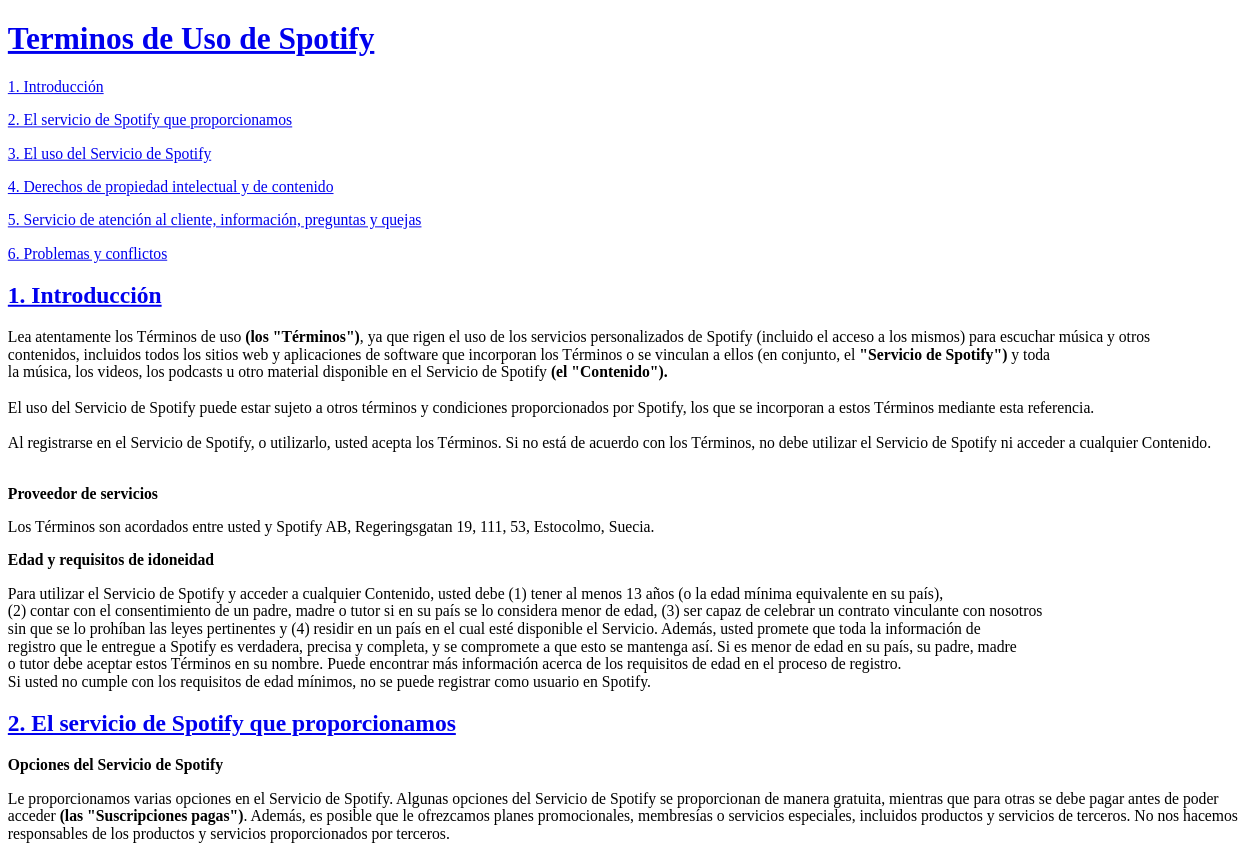
Repository: Devbenitez/Gen_30
Page: Gen_30/maquetado/index.html
An editor plug-in stored every save of this project. The page is shown before and after the next save, followed by the edit.
The browser window is 1280 px wide. The pictures show the whole page, at 98% of full size.

Above is the page before, as saved 2023-10-31 05:31:33.

After the next save:
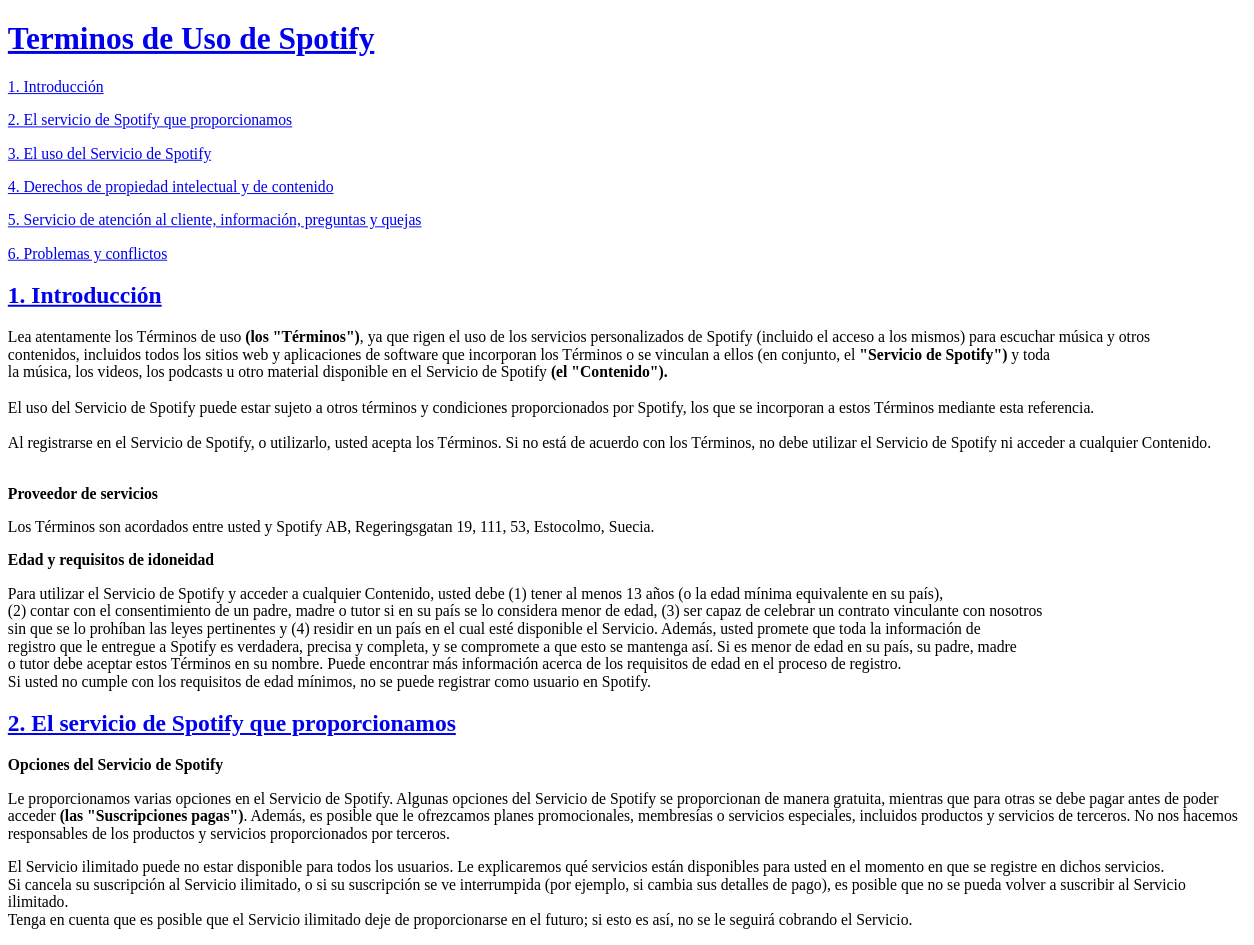
Saved 94 s later.
--- a/Gen_30/maquetado/index.html
+++ b/Gen_30/maquetado/index.html
@@ -71,6 +71,10 @@
     <p>Le proporcionamos varias opciones en el Servicio de Spotify. Algunas opciones del Servicio de Spotify se proporcionan de manera gratuita, mientras que para otras se debe pagar antes de poder<br />
         acceder <b>(las "Suscripciones pagas")</b>. Además, es posible que le ofrezcamos planes promocionales, membresías o servicios especiales, incluidos productos y servicios de terceros. No nos hacemos responsables de los productos y servicios proporcionados por terceros.</p>
 
+    <p>El Servicio ilimitado puede no estar disponible para todos los usuarios. Le explicaremos qué servicios están disponibles para usted en el momento en que se registre en dichos servicios.<br />
+        Si cancela su suscripción al Servicio ilimitado, o si su suscripción se ve interrumpida (por ejemplo, si cambia sus detalles de pago), es posible que no se pueda volver a suscribir al Servicio ilimitado.<br />
+        Tenga en cuenta que es posible que el Servicio ilimitado deje de proporcionarse en el futuro; si esto es así, no se le seguirá cobrando el Servicio.</p>
+
 
         </main>
   </body>
